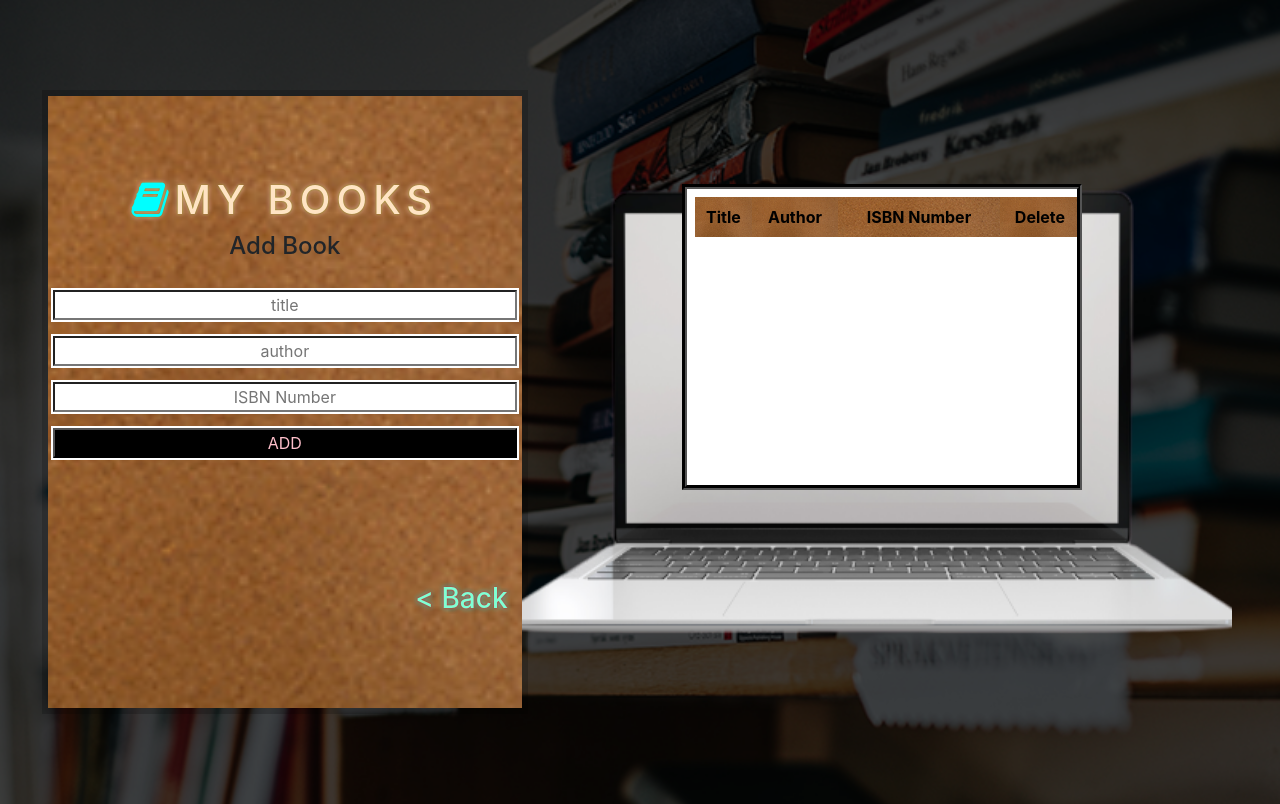
Repository: CSituma/Home-Library-App
Page: libu.html
The author's editor kept a copy of each file at every save. The page is drawn from the files as they stood at one save, then again after the next save.
The browser window is 1280 px wide. The pictures show the whole page.
Backgrounds fixed to the window are drawn as part of the page. Some web libraries are served in a nearby version.

Above is the page before, as saved 2020-11-10 21:28:55.

After the next save:
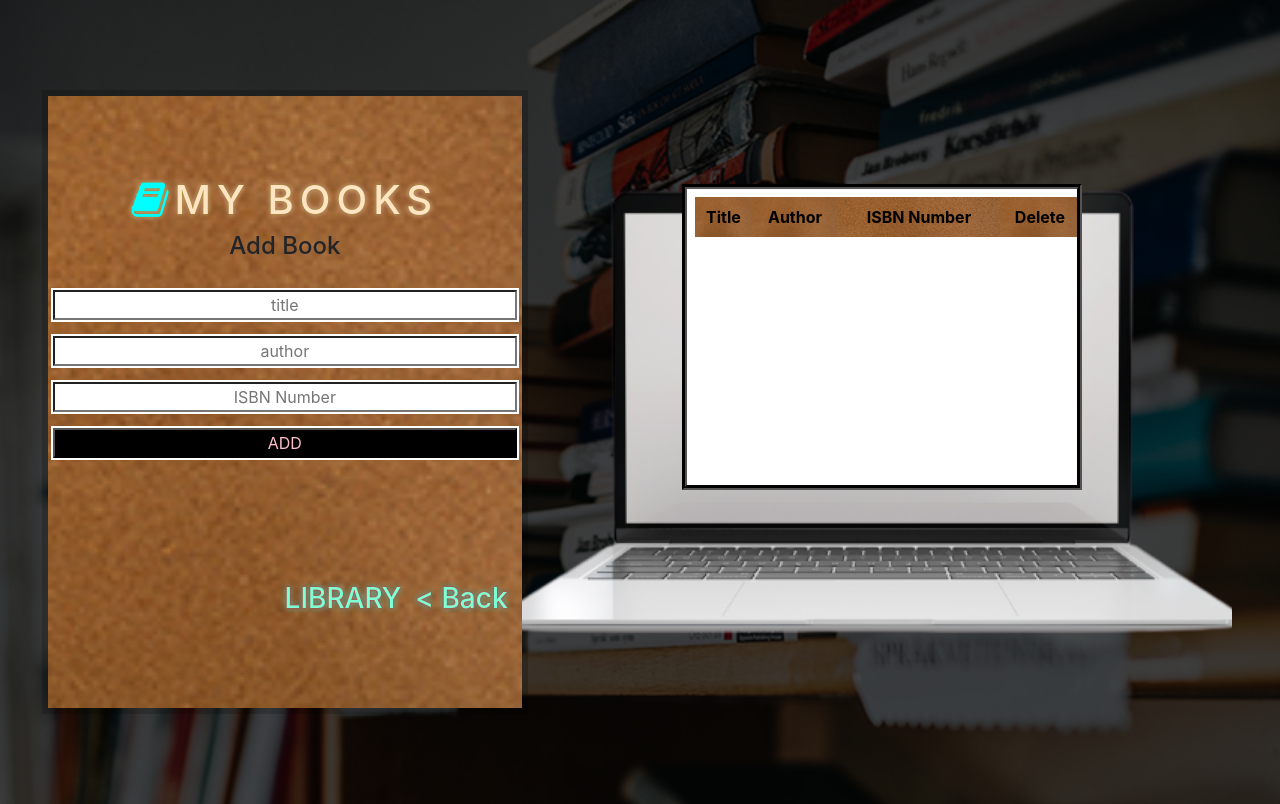
Saved 64 s later.
--- a/libu.html
+++ b/libu.html
@@ -23,6 +23,8 @@
                 <input type= "submit"id= "button" value="ADD">
             </form>
         <h3> <a href= "./index.html"> < Back </a></h3>
+        <h3> <a href= "./index.html"> LIBRARY</a></h3>
+
         </div>
         <div class="storage" >
               <div class="storage_items">
